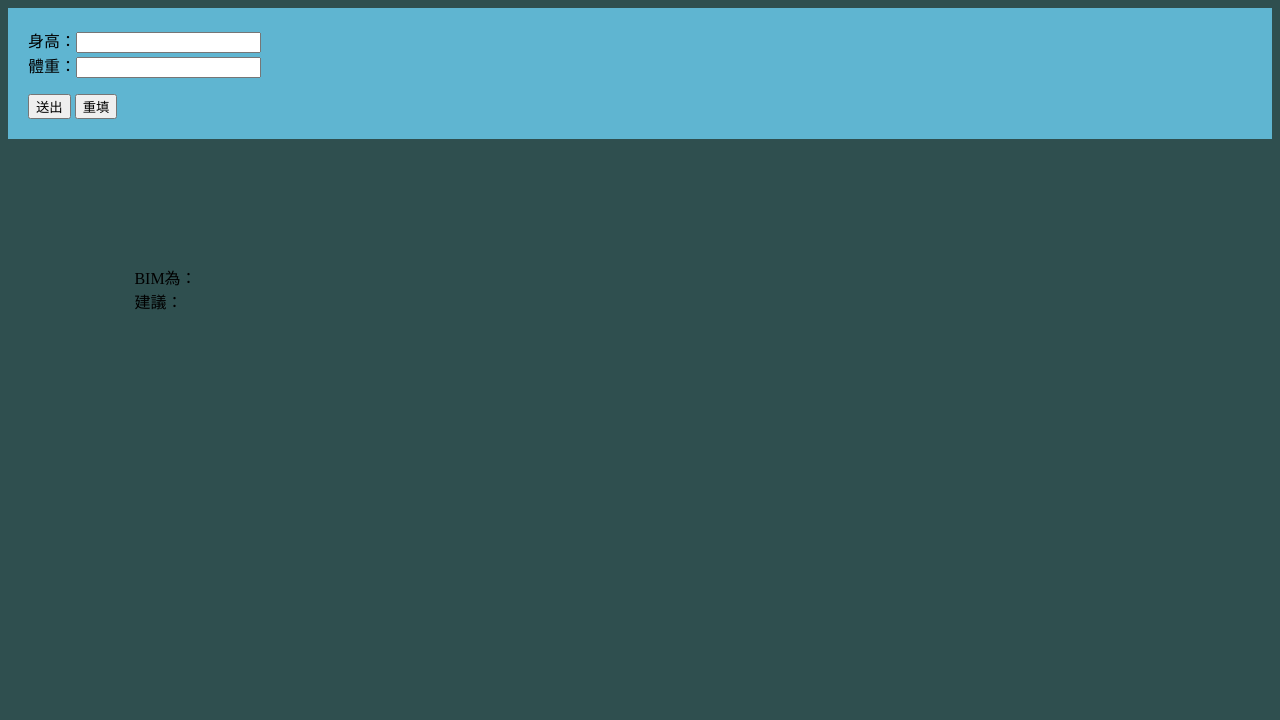
Repository: Digi-Duck/cybercube
Page: 12- 張雅婷/1117-bmi.html
An editor plug-in stored every save of this project. The page is shown before and after the next save, followed by the edit.
The browser window is 1280 px wide. The pictures show the whole page.

Above is the page before, as saved 2022-11-24 13:50:00.

### 12- 張雅婷/1117-bmi.html
<!DOCTYPE html>
<html lang="en">

<head>
    <meta charset="UTF-8">
    <meta http-equiv="X-UA-Compatible" content="IE=edge">
    <meta name="viewport" content="width=device-width, initial-scale=1.0">
    <title>Document</title>
    <link rel="stylesheet" href="bmi.css">
</head>

<body>
    <!DOCTYPE html>
<html lang="en">

<head>
    <meta charset="UTF-8">
    <meta http-equiv="X-UA-Compatible" content="IE=edge">
    <meta name="viewport" content="width=device-width, initial-scale=1.0">
    <title>Document</title>
</head>

<body>
    <div class="bmi_input">
        <div class="input">
            身高：<input type="text" id="height" >
        </div>
        <div class="input">
            體重：<input type="text" id="weight">
       <p></p>
            <div class="btns">
                <button id="cal" >送出</button>
                <button type="reset">重填</button>
            </div>
        </div>
    </div>
    <div class="bmi_output act">
        <div id="bmi_num">BIM為：</div>
        <div id="bmi_tips">建議：</div>
    </div>

</body>
<!-- <div class="input">
        身高：<input type="text" id="tell" >
        體重：<input type="text" id="heavy">
   <p></p>
        <div class="btns">
            <input name="" value="送出"></input>
            <button type="reset">重填</button>
        </div>
    </div>
</div>
<div class="bmi">
    <div id="bminum">BIM為：</div>
    <div id="bmitips">建議：</div>
</div> -->

    <!-- <script type="text/javascript">
        function () {
            var tall = document.querySelector('.cm');
            var heavy = document.querySelector('.kg');
            var bmi = ;

        }
        function bmi(tall, heavy) {
            var bmi = (heavy % (tall * tall))
        }
        if((tall!="")&(heavy!="")){
            bmi.style.display="block";

        } -->


</html>

### 12- 張雅婷/bmi.css
.bmi_input{
    w
    margin: 10%;
    align-items: center;
    background-color: #5fb5d1;
    padding: 20px;
    color: black;
}

.bmi_output.act{
    opacity:1;
    margin: 10%;
    align-items: center;
}
body{
    background-color: darkslategray;
}

After the next save:
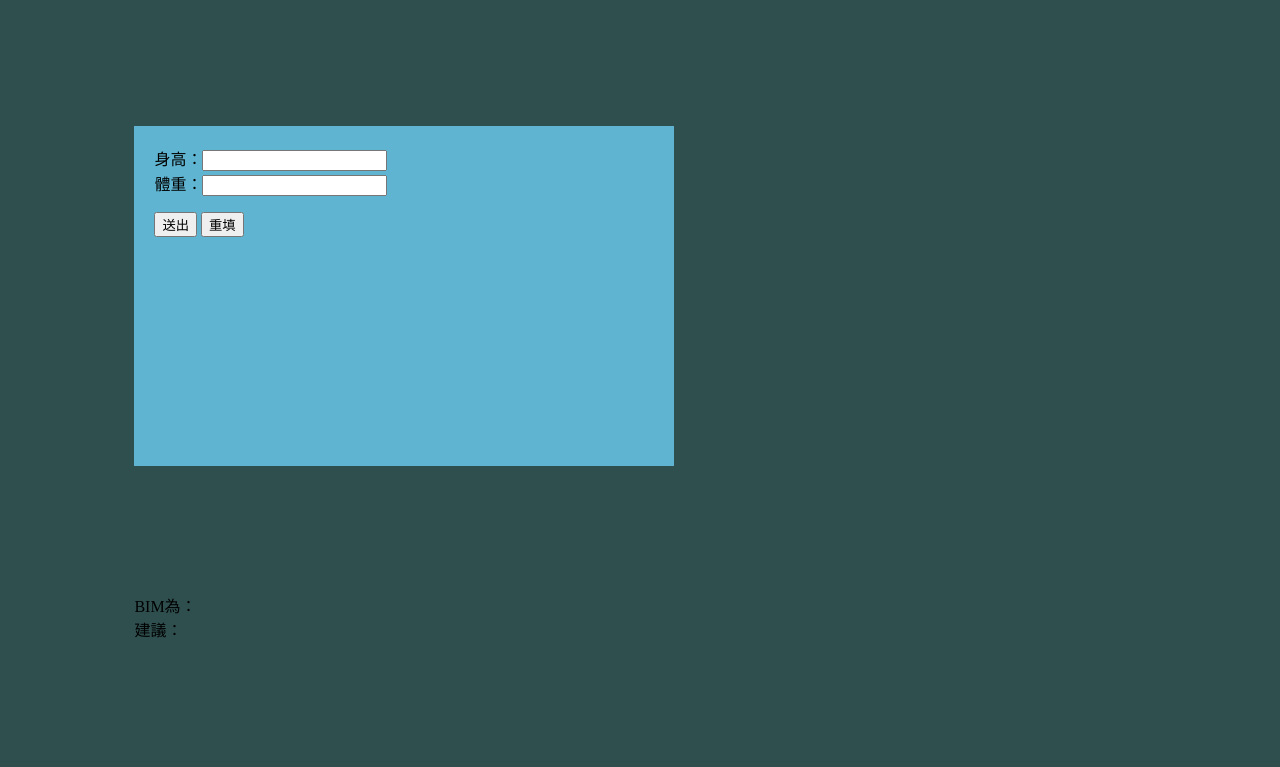
Saved 5 s later.
--- a/12- 張雅婷/bmi.css
+++ b/12- 張雅婷/bmi.css
@@ -1,5 +1,6 @@
 .bmi_input{
-    w
+    width: 500px;
+    height: 300px;
     margin: 10%;
     align-items: center;
     background-color: #5fb5d1;
